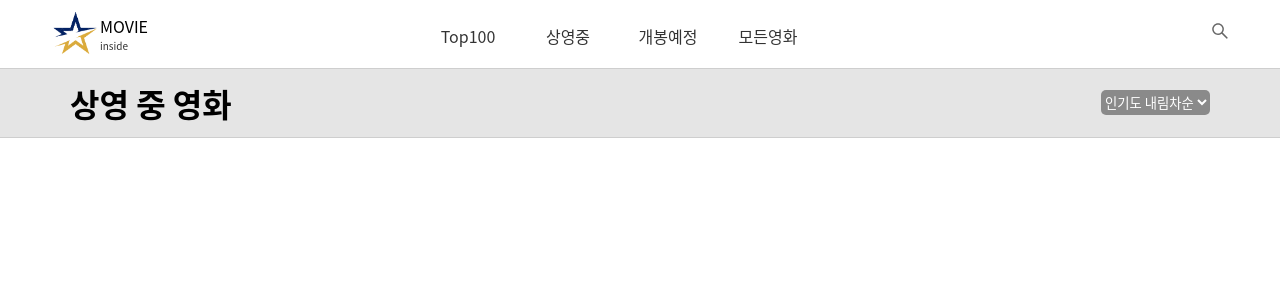
Repository: yangddoddi/Movie-Inside
Page: /list
The author's editor kept a copy of each file at every save. The page is drawn from the files as they stood at one save, then again after the next save.
The browser window is 1280 px wide. The pictures show the whole page.
The page's requests for data from a server got no answer. The project was rebuilt for these pictures with package versions that can differ from the ones it lists, and the page was loaded fresh each time. No one was signed in, and anything a server would have sent is missing. Also part of the build but not shown: src/App.css, src/components/Main/Jumbotron.module.scss, src/components/Main/Jumbotron.js, src/routes/Main.js, src/routes/Detail.js, src/components/List/ListItem.js.

Above is the page before, as saved 2022-05-06 16:24:45.

After the next save:
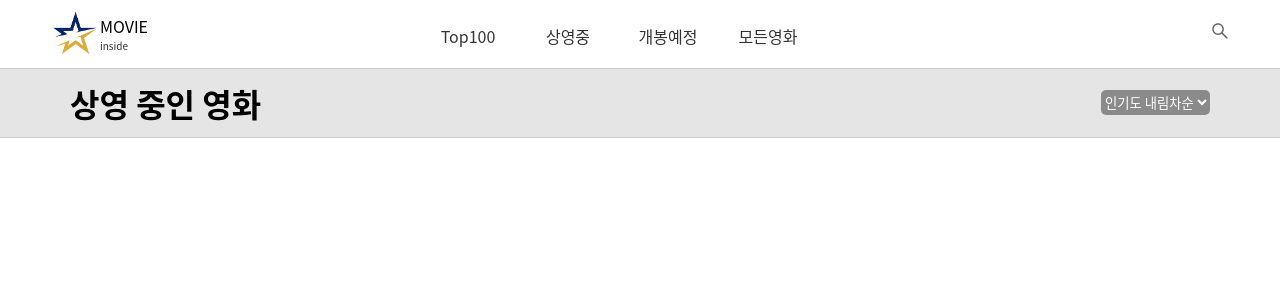
Saved 1 s later.
--- a/src/routes/List.js
+++ b/src/routes/List.js
@@ -27,7 +27,7 @@ export const List = () => {
 
   return (
     <>
-      <ListHeader listName={"상영 중 영화"} />
+      <ListHeader listName={"상영 중인 영화"} />
       <ListItems>
         {movieData
           ? movieData.map((movie) => (
